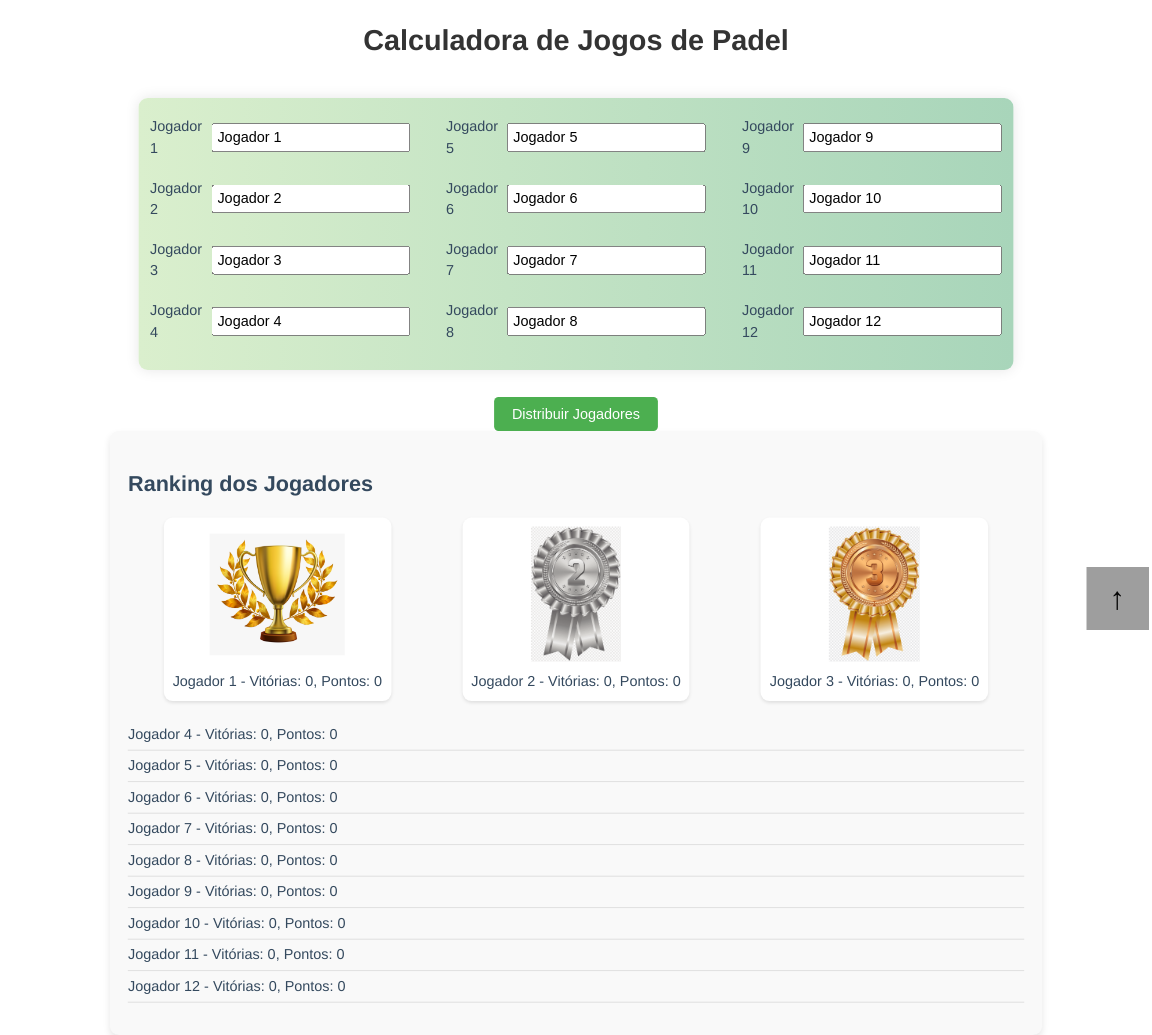
Repository: MarcioMiguel22/PadelMaster
Page: /calculadora
These files come from the project's save history. The page is drawn as it stood at one moment and after the next save; the edit follows.
The browser window is 1280 px wide. The pictures show the whole page, at 90% of full size.
Pictures or frames that could not be fetched are drawn as grey boxes. The project was rebuilt for these pictures with package versions that can differ from the ones it lists, and the page was loaded fresh each time. Also part of the build but not shown: vite.config.ts, src/pages/Home/Home.tsx, src/components/components_calculadora/Campo.tsx, src/components/components_calculadora/Jogo.tsx, src/pages/Player/playerComponent.tsx, src/index.css.

Above is the page before, as saved 2024-06-16 09:16:26.

### src/main.tsx
///home/marciomiguel/code/MarcioMiguel22/Sites/PadelMaster/src/main.tsx
import { render } from 'react-dom';
import { StrictMode } from 'react';
import App from './App';
import './index.css';

const root = document.getElementById('root')!;
render(
  <StrictMode>
    <App />
  </StrictMode>,
  root
);

### src/App.tsx

///home/marciomiguel/code/MarcioMiguel22/Sites/PadelMaster/src/App.tsx

import { BrowserRouter, Routes, Route } from 'react-router-dom';
import Home from './pages/Home/Home';
import Calculadora from './pages/Calculadora/Calculadora';
import PlayerComponent from './pages/Player/playerComponent';
function App() {
  return (
    <BrowserRouter>
      <Routes>
        <Route path="/" element={<Home />} />
        <Route path="/calculadora" element={<Calculadora />} /> // Wrap Calculadora component with curly braces
        <Route path="/player-component" element={<PlayerComponent />} />
      </Routes>
    </BrowserRouter>
  );
}

export default App

### src/pages/Home/Home.module.css
.padel-container {
  text-align: center;
  background-color: white;
  padding: 20px;
  border-radius: 10px;
  box-shadow: 0 0 10px rgba(0, 0, 0, 0.1);
}

h1 {
  color: #333;
  margin-bottom: 20px;
}

.padel-image {
  max-width: 50%;
  height: auto;
  border-radius: 10px;
  margin-bottom: 20px;
}

.enter-button {
  background-image: url('../../assets/images/tennis-ball.png'); /* Ensure the path is correct */
  background-size: cover;
  background-position: center;
  background-repeat: no-repeat;
  width: 60px;
  height: 60px;
  border: none;
  border-radius: 50%;
  cursor: pointer;
  padding: 0;
}

.enter-button:hover {
  transform: scale(1.1);
}

### src/pages/Calculadora/Calculadora.css
.calculadora-container {
  display: flex;
  flex-direction: column;
  align-items: center;
  gap: 20px;
}

.main-content {
  gap: 20px;
}

.jogadores-lista {
  background: linear-gradient(to right, #daefcd, #a8d5ba);
  display: flex;
  flex-direction: row;
  justify-content: center;
  gap: 40px;
  width: 90%;
  max-width: 1200px;
  margin: 0 auto;
  padding: 20px;
  border-radius: 10px;
  box-shadow: 0 0 15px rgba(0, 0, 0, 0.1);
}

.jogadores-coluna {
  display: flex;
  flex-direction: column;
  align-items: center;
  gap: 10px;
}

.jogador-item {
  display: flex;
  align-items: center;
  margin-bottom: 10px;
}

.jogador-item label {
  margin-right: 10px;
}

.jogador-item input {
  padding: 5px;
  font-size: 16px;
}

.jogador-input {
  margin-right: 5px;
  padding: 5px;
  font-size: 16px;
  border: 1px solid #ccc;
  border-radius: 5px;
}

.distribute-button, .scroll-to-top {
  background-color: #4CAF50;
  color: white;
  padding: 10px 20px;
  border: none;
  border-radius: 5px;
  cursor: pointer;
  font-size: 16px;
  margin-top: 10px;
}

.distribute-button:hover, .scroll-to-top:hover {
  background-color: #45a049;
}

.fields-container {
  display: flex;
  flex-direction: column;
  align-items: center;
  margin-top: 20px;
}

.jogo {
  margin-bottom: 40px;
}

.campos {
  display: flex;
  justify-content: space-around;
}

.field {
  background: linear-gradient(to right, #c3e8ad, #a8d5ba);
  padding: 20px;
  border-radius: 10px;
  box-shadow: 0 0 10px rgba(0, 0, 0, 0.1);
  width: 30%;
}

.field h2 {
  margin-top: 0;
}

.team {
  list-style-type: none;
  padding: 5px;
  background-color: #fff;
  margin: 5px 0;
  border-radius: 5px;
  box-shadow: 0 0 5px rgba(0, 0, 0, 0.1);
  width: fit-content; /* Ajuste o valor conforme necessário */
}

.team.vencedor {
  background-color: #d4edda; /* Verde claro */
}

.team.perdedor {
  background-color: #f8d7da; /* Vermelho claro */
}

.team div {
  display: flex;
  align-items: center;
}

.team input.resultado-input {
  margin-left: 10px;
  width: 45px;
  padding: 5px;
  font-size: 16px;
}

.ranking-container {
  margin-top: 40px;
}

.ranking-container h2 {
  margin-bottom: 10px;
}

.ranking-container ul {
  list-style-type: none;
  padding: 0;
}

.ranking-container li {
  margin: 5px 0;
}


@media screen and (max-width: 991px) {
  .jogadores-lista {
    flex-direction: column;
    align-items: center;
    gap: 20px;
    padding: 10px;
  }

  .field {
    width: 80%;
    margin-bottom: 20px;
  }

  .campos {
    flex-direction: column;
    align-items: center;
    gap: 20px;
  }

  .distribute-button, .scroll-to-top {
    width: 100%;
    font-size: 14px;
    padding: 8px 16px;
  }

  .team div {
    flex-direction: column;
    align-items: flex-start;
  }

  .team input.resultado-input {
    margin-left: 0;
    margin-top: 5px;
  }
  .ranking-container {
    flex-flow: column;
    margin-top: 40px;
  }

  .ranking-container h2 {
    margin-bottom: 10px;
  }

  .ranking-container ul {
    list-style-type: none;
    padding: 0;
  }

  .ranking-container li {
    margin: 5px 0;
  }
}
/* Media Queries para Mobile */
@media screen and (max-width: 767px) {
  .jogadores-lista {
    flex-direction: column;
    align-items: center;
    gap: 20px;
    padding: 10px;
  }

  .field {
    width: 80%;
    margin-bottom: 20px;
  }

  .campos {
    flex-direction: column;
    align-items: center;
    gap: 20px;
  }

  .distribute-button, .scroll-to-top {
    width: 100%;
    font-size: 14px;
    padding: 8px 16px;
  }

  .team div {
    flex-direction: column;
    align-items: flex-start;
  }

  .team input.resultado-input {
    margin-left: 0;
    margin-top: 5px;
  }
  .ranking-container {
    flex-flow: column;
    margin-top: 40px;
  }

  .ranking-container h2 {
    margin-bottom: 10px;
  }

  .ranking-container ul {
    list-style-type: none;
    padding: 0;
  }

  .ranking-container li {
    margin: 5px 0;
  }
}

/* Media Queries para Mobile */
@media screen and (max-width: 479px) {
  .jogadores-lista {
    flex-direction: column;
    align-items: center;
    gap: 20px;
    padding: 10px;
  }

  .field {
    width: 80%;
    margin-bottom: 20px;
  }

  .campos {
    flex-direction: column;
    align-items: center;
    gap: 20px;
  }

  .distribute-button, .scroll-to-top {
    width: 100%;
    font-size: 14px;
    padding: 8px 16px;
  }

  .team div {
    flex-direction: column;
    align-items: flex-start;
  }

  .team input.resultado-input {
    margin-left: 0;
    margin-top: 5px;
  }
  .ranking-container {
    flex-flow: column;
    margin-top: 40px;
  }

  .ranking-container h2 {
    margin-bottom: 10px;
  }

  .ranking-container ul {
    list-style-type: none;
    padding: 0;
  }

  .ranking-container li {
    margin: 5px 0;
  }
}

### src/components/components_calculadora/JogadoresLista.tsx
import React from 'react';
import JogadorItem from './JogadorItem';
import { Jogador } from '../../utils/types/types'; // Importando o tipo Jogador

interface JogadoresListaProps {
  jogadores: Jogador[];
  handleNomeChange: (id: number, novoNome: string) => void;
}

const JogadoresLista: React.FC<JogadoresListaProps> = ({ jogadores, handleNomeChange }) => (
  <div className="jogadores-lista">
    {Array.from({ length: 3 }, (_, i) => (
      <div className="jogadores-coluna" key={i}>
        {jogadores.slice(i * 4, (i + 1) * 4).map(jogador => (
          <JogadorItem
            key={jogador.id}
            jogador={jogador}
            handleNomeChange={handleNomeChange}
          />
        ))}
      </div>
    ))}
  </div>
);

export default JogadoresLista;

### src/components/components_calculadora/Ranking.tsx
import React from 'react';
import ouro from '../../assets/images/ouro.png';
import prata from '../../assets/images/prata.png';
import bronze from '../../assets/images/bronze.png';
import styles from './Ranking.module.css';

interface Jogador {
  id: number;
  nome: string;
  vitorias: number;
  pontos: number;
}

interface RankingProps {
  jogadoresClassificados: Jogador[];
}

const Ranking: React.FC<RankingProps> = ({ jogadoresClassificados }) => {
  const top3 = jogadoresClassificados.slice(0, 3);
  const outrosJogadores = jogadoresClassificados.slice(3);

  const medalhas = [ouro, prata, bronze];

  return (
    <div className={styles.rankingContainer}>
      <h2>Ranking dos Jogadores</h2>
      <div className={styles.top3Container}>
        {top3.map((jogador, index) => (
          <div key={jogador.id} className={styles.top3Item}>
            <img src={medalhas[index]} alt={`Medalha de ${index + 1}`} className={styles.medalha} />
            {jogador.nome} - Vitórias: {jogador.vitorias}, Pontos: {jogador.pontos}
          </div>
        ))}
      </div>
      <ul className={styles.outrosJogadores}>
        {outrosJogadores.map((jogador) => (
          <li key={jogador.id}>
            {jogador.nome} - Vitórias: {jogador.vitorias}, Pontos: {jogador.pontos}
          </li>
        ))}
      </ul>
    </div>
  );
};

export default Ranking;

### src/components/components_calculadora/logic/gameLogic.ts
import { Jogador, Campo as CampoType } from '../../../utils/types/types';

export const separarDuplas = (jogadores: Jogador[]): Jogador[] => {
  const separados: Jogador[] = [];
  while (jogadores.length) {
    const [jogador1, jogador2] = jogadores.splice(0, 2);
    separados.push(jogador1);
    if (jogador2) separados.push(jogador2);
  }
  return separados;
};

export const iniciarProximoJogo = (jogos: CampoType[][], setJogos: React.Dispatch<React.SetStateAction<CampoType[][]>>) => {
  const ultimoJogo = jogos[jogos.length - 1];
  const novosCampos: CampoType[] = [
    { id: 1, times: [] },
    { id: 2, times: [] },
    { id: 3, times: [] },
  ];

  const campo1 = ultimoJogo.find(campo => campo.id === 1);
  const campo2 = ultimoJogo.find(campo => campo.id === 2);
  const campo3 = ultimoJogo.find(campo => campo.id === 3);

  if (campo1 && campo2 && campo3) {
    const [time1Campo1, time2Campo1] = campo1.times;
    const [time1Campo2, time2Campo2] = campo2.times;
    const [time1Campo3, time2Campo3] = campo3.times;

    // Vencedores e perdedores dos campos
    const vencedoresCampo1 = time1Campo1.resultado > time2Campo1.resultado ? time1Campo1.jogadores : time2Campo1.jogadores;
    const perdedoresCampo1 = time1Campo1.resultado > time2Campo1.resultado ? time2Campo1.jogadores : time1Campo1.jogadores;

    const vencedoresCampo2 = time1Campo2.resultado > time2Campo2.resultado ? time1Campo2.jogadores : time2Campo2.jogadores;
    const perdedoresCampo2 = time1Campo2.resultado > time2Campo2.resultado ? time2Campo2.jogadores : time1Campo2.jogadores;

    const vencedoresCampo3 = time1Campo3.resultado > time2Campo3.resultado ? time1Campo3.jogadores : time2Campo3.jogadores;
    const perdedoresCampo3 = time1Campo3.resultado > time2Campo3.resultado ? time2Campo3.jogadores : time1Campo3.jogadores;

    // Atualizar pontuação dos jogadores
    const margemVitoriaCampo1 = Math.abs(time1Campo1.resultado - time2Campo1.resultado);
    const margemVitoriaCampo2 = Math.abs(time1Campo2.resultado - time2Campo2.resultado);
    const margemVitoriaCampo3 = Math.abs(time1Campo3.resultado - time2Campo3.resultado);

    vencedoresCampo1.forEach(jogador => {
      jogador.vitorias += 1;
      jogador.pontos += margemVitoriaCampo1;
    });

    vencedoresCampo2.forEach(jogador => {
      jogador.vitorias += 1;
      jogador.pontos += margemVitoriaCampo2;
    });

    vencedoresCampo3.forEach(jogador => {
      jogador.vitorias += 1;
      jogador.pontos += margemVitoriaCampo3;
    });

    // Campo 1: vencedores do campo 1 e vencedores do campo 2
    novosCampos[0].times.push(
      { jogadores: [vencedoresCampo1[0], vencedoresCampo2[0]], resultado: 0 },
      { jogadores: [vencedoresCampo1[1], vencedoresCampo2[1]], resultado: 0 }
    );

    // Campo 2: perdedores do campo 1 e vencedores do campo 3
    novosCampos[1].times.push(
      { jogadores: [perdedoresCampo1[0], vencedoresCampo3[0]], resultado: 0 },
      { jogadores: [perdedoresCampo1[1], vencedoresCampo3[1]], resultado: 0 }
    );

    // Campo 3: perdedores do campo 2 e perdedores do campo 3
    novosCampos[2].times.push(
      { jogadores: [perdedoresCampo2[0], perdedoresCampo3[0]], resultado: 0 },
      { jogadores: [perdedoresCampo2[1], perdedoresCampo3[1]], resultado: 0 }
    );
  }

  setJogos([...jogos, novosCampos]);
};

### src/components/components_calculadora/ScrollToTopButton.tsx
import React from 'react';
import tennisBall from '../../assets/images/tennis-ball.png';
import styles from './ScrollToTopButton.module.css'; // Importando o arquivo CSS Module

const ScrollToTopButton: React.FC = () => {
  const scrollToTop = () => {
    window.scrollTo({ top: 0, behavior: 'smooth' });
  };

  return (
    <button onClick={scrollToTop} className={styles.scrollToTop}>
      <img src={tennisBall} alt="Tennis Ball" className={styles.tennisBall} />
      <span className={styles.arrowUp}>↑</span>
    </button>
  );
};

export default ScrollToTopButton;

### src/pages/Player/playerComponent.module.css
/* playerComponent.module.css */

/* Root Variables */
:root {
  --primary-color: #2c3e50;
  --secondary-color: #ecf0f1;
  --accent-color: #e74c3c;
  --text-color: #34495e;
  --background-color: #ffffff;
  --border-color: #bdc3c7;
  --link-color: #2980b9;
  --font-family: 'Helvetica Neue', Arial, sans-serif;
  --font-size: 16px;
  --line-height: 1.5;
}

body {
  font-family: var(--font-family);
  font-size: var(--font-size);
  line-height: var(--line-height);
  color: var(--text-color);
  background-color: var(--background-color);
  margin: 0;
  padding: 0;
}

.navigation-bar {
  background-color: var(--primary-color);
  color: var(--secondary-color);
  padding: 10px 0;
}

.container {
  width: 90%;
  max-width: 1200px;
  margin: 0 auto;
  display: flex;
  justify-content: space-between;
  align-items: center;
}

.nav-brand .site-name {
  font-size: 24px;
  font-weight: bold;
  color: var(--secondary-color);
}

.navigation-menu {
  display: flex;
  gap: 15px;
}

.navigation-link {
  color: var(--secondary-color);
  text-decoration: none;
  font-size: 18px;
}

.navigation-link:hover {
  color: var(--accent-color);
}

.menu-button .nav-icon-menu {
  width: 30px;
  height: 3px;
  background-color: var(--secondary-color);
  margin: 5px 0;
}

.content-wrapper {
  padding: 20px 0;
}

.row {
  display: flex;
}

.sidebar {
  width: 25%;
}

.content-column {
  width: 75%;
}

.white-wrapper {
  background-color: var(--background-color);
  padding: 20px;
  border: 1px solid var(--border-color);
  border-radius: 10px;
}

.circle-profile {
  width: 100px;
  height: 100px;
  border-radius: 50%;
  display: block;
  margin: 0 auto 10px;
}

.site-description {
  text-align: center;
  margin: 10px 0;
}

.grey-rule {
  height: 1px;
  background-color: var(--border-color);
  margin: 20px 0;
}

.small-heading {
  font-size: 18px;
  font-weight: bold;
  color: var(--text-color);
  margin-bottom: 10px;
}

.feature-posts-list .post-item {
  margin-bottom: 10px;
}

.small-post-link {
  text-decoration: none;
  color: var(--link-color);
  font-size: 16px;
}

.small-post-link:hover {
  color: var(--accent-color);
}

.social-link-group {
  display: flex;
  justify-content: space-around;
  margin: 20px 0;
}

.social-icon-link img {
  width: 25px;
  height: 25px;
}

.built-with-webflow {
  text-align: center;
  margin-top: 10px;
  font-size: 14px;
}

.webflow-link {
  color: var(--link-color);
  text-decoration: none;
}

.webflow-link:hover {
  color: var(--accent-color);
}

.post-wrapper {
  background-color: var(--background-color);
  padding: 20px;
  border: 1px solid var(--border-color);
  border-radius: 10px;
  margin-bottom: 20px;
}

.post-content .row {
  display: flex;
}

.blog-image {
  display: block;
  width: 100%;
  height: auto;
  background-color: var(--border-color);
  text-align: center;
  padding: 20px;
  color: var(--text-color);
  text-decoration: none;
  font-size: 16px;
}

.blog-title-link {
  text-decoration: none;
  color: var(--text-color);
}

.blog-title-link:hover {
  color: var(--accent-color);
}

.blog-title {
  font-size: 24px;
  margin: 0 0 10px;
}

.details-wrapper {
  display: flex;
  align-items: center;
  gap: 10px;
  margin-bottom: 10px;
}

.post-info {
  font-size: 14px;
  color: var(--text-color);
}

.when-link {
  text-decoration: none;
  color: var(--link-color);
}

.when-link:hover {
  color: var(--accent-color);
}

.post-summary-wrapper {
  margin-bottom: 10px;
}

.post-summary {
  font-size: 16px;
  color: var(--text-color);
}

.read-more-link {
  text-decoration: none;
  color: var(--link-color);
  font-size: 14px;
}

.read-more-link:hover {
  color: var(--accent-color);
}

.button-wrapper {
  text-align: center;
  margin-top: 20px;
}

.button {
  background-color: var(--primary-color);
  color: var(--secondary-color);
  border: none;
  padding: 10px 20px;
  border-radius: 5px;
  font-size: 16px;
  cursor: pointer;
  transition: background-color 0.3s;
}

.button:hover {
  background-color: var(--accent-color);
}

.sidebar-on-mobile {
  display: none;
}

@media (max-width: 768px) {
  .row {
    flex-direction: column;
  }

  .sidebar {
    display: none;
  }

  .content-column {
    width: 100%;
  }

  .sidebar-on-mobile {
    display: block;
    margin-top: 20px;
  }
}

### src/components/components_calculadora/JogadorItem.tsx
import React from 'react';
import { Jogador } from '../../utils/types/types'; // Importando o tipo Jogador

interface JogadorItemProps {
  jogador: Jogador;
  handleNomeChange: (id: number, novoNome: string) => void;
}

const JogadorItem: React.FC<JogadorItemProps> = ({ jogador, handleNomeChange }) => (
  <div className="jogador-item">
    <label>{`Jogador ${jogador.id}`}</label>
    <input
      type="text"
      value={jogador.nome}
      onChange={(e) => handleNomeChange(jogador.id, e.target.value)}
    />
  </div>
);

export default JogadorItem;

### src/components/components_calculadora/Ranking.module.css
.rankingContainer {
  padding: 20px;
  background-color: #f9f9f9;
  border-radius: 10px;
  box-shadow: 0 4px 8px rgba(0, 0, 0, 0.1);
}

.top3Container {
  display: flex;
  justify-content: space-around;
  margin-bottom: 20px;
}

.top3Item {
  display: flex;
  flex-direction: column;
  align-items: center;
  padding: 10px;
  background-color: #ffffff;
  border-radius: 10px;
  box-shadow: 0 2px 4px rgba(0, 0, 0, 0.1);
  text-align: center; /* Center text horizontally */
}
.medalha {
  width: 150px;
  height: 150px;
  margin-bottom: 10px; /* Adjusted for better centering */
  transition: transform 0.3s ease-in-out;
  object-fit: contain; /* Ensure the image fits within the container */
  background-color: transparent; /* Ensure the background is transparent */
}

.medalha:hover {
  transform: scale(1.2);
  animation: pulse 1s infinite;
}

@keyframes pulse {
  0% {
    transform: scale(1.2);
  }
  50% {
    transform: scale(1.25);
  }
  100% {
    transform: scale(1.2);
  }
}

.outrosJogadores {
  list-style-type: none;
  padding: 0;
}

.outrosJogadores li {
  padding: 5px 0;
  border-bottom: 1px solid #ddd;
}

### src/components/components_calculadora/ScrollToTopButton.module.css
.scrollToTop {
  position: fixed;
  bottom: 20px;
  left: 97%;
  transform: translateX(-50%);
  width: 70px;
  height: 70px;
  border: none;
  background: none;
  cursor: pointer;
  display: flex;
  align-items: center;
  justify-content: center;
}

.tennisBall {
  width: 100%;
  height: 100%;
  position: absolute;
}

.arrowUp {
  position: absolute;
  font-size: 35px;
  color: rgb(5, 5, 5);
  font-weight: bold;
  z-index: 1;
}

Loaded but not shown: index.html (common file); src/pages/Calculadora/Calculadora.tsx (142 lines, source omitted)

After the next save:
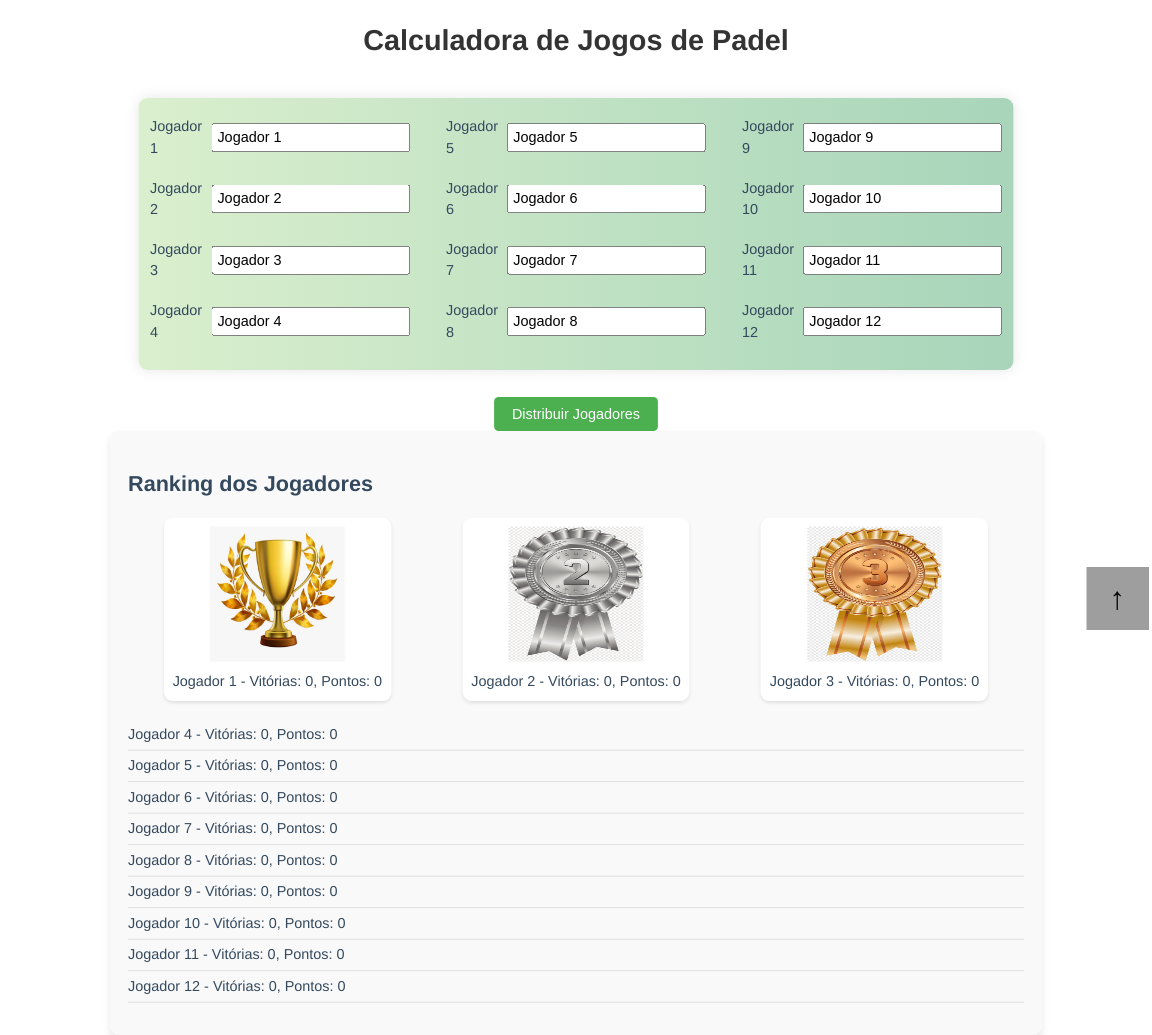
Saved 51 s later.
--- a/src/components/components_calculadora/Ranking.module.css
+++ b/src/components/components_calculadora/Ranking.module.css
@@ -26,7 +26,7 @@
   height: 150px;
   margin-bottom: 10px; /* Adjusted for better centering */
   transition: transform 0.3s ease-in-out;
-  object-fit: contain; /* Ensure the image fits within the container */
+
   background-color: transparent; /* Ensure the background is transparent */
 }
 
